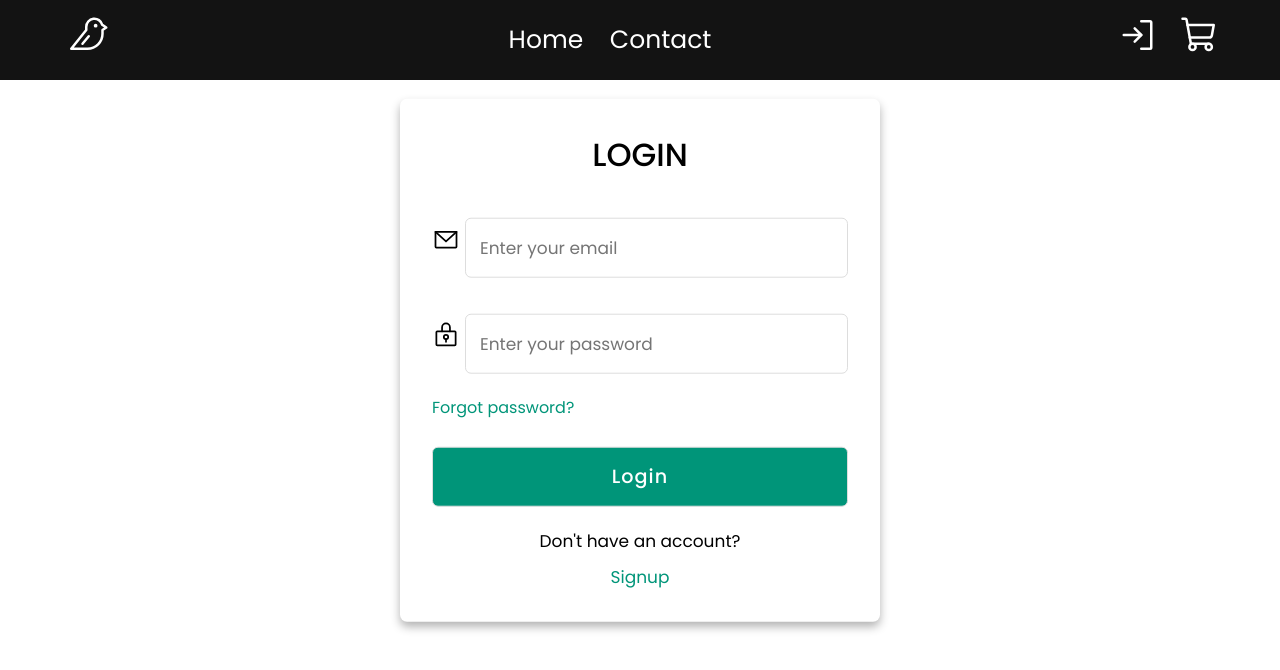
Repository: hoangdanh2/swp301
Page: /register
The author's editor kept a copy of each file at every save. The page is drawn from the files as they stood at one save, then again after the next save.
The browser window is 1280 px wide. The pictures show the whole page.
The project was rebuilt for these pictures with package versions that can differ from the ones it lists, and the page was loaded fresh each time. Also part of the build but not shown: src/pages/shop/product.jsx, src/pages/shop/shop.css, src/pages/shop/shop.jsx, src/pages/contact/contact.jsx, src/pages/cart/cart-item.jsx, src/pages/cart/cart.css, src/pages/cart/cart.jsx.

Above is the page before, as saved 2023-05-29 13:00:19.

After the next save:
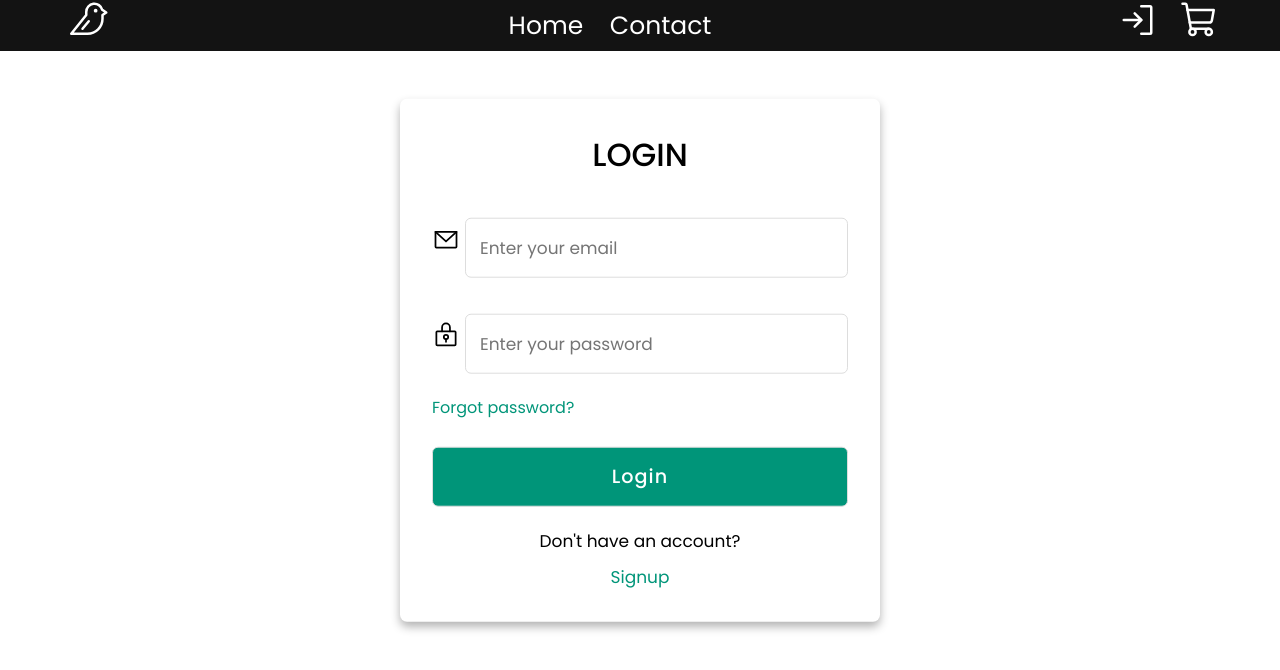
Saved 20 s later.
--- a/src/components/navbar.css
+++ b/src/components/navbar.css
@@ -1,6 +1,6 @@
 .navbar {
     width: 100%;
-    height: 80px;
+    height: 100%;
     background-color: rgb(19, 19, 19);
     display: flex;
     justify-content: center;

After the save that followed:
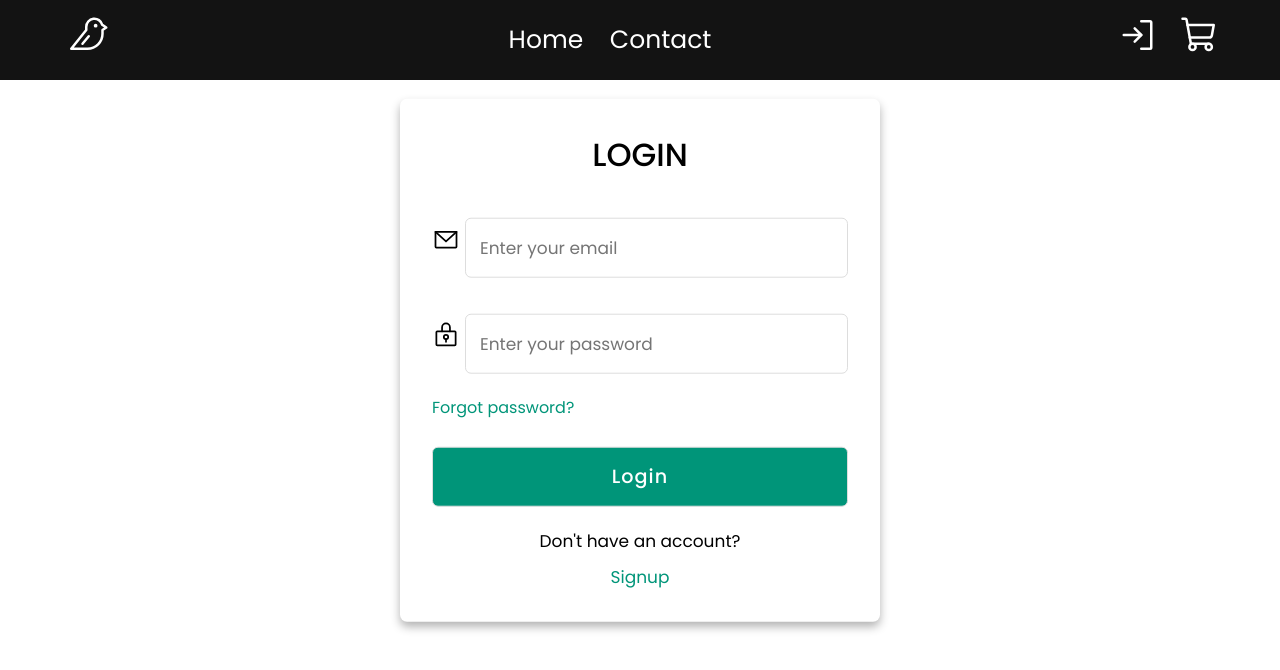
Saved 5 s later.
--- a/src/components/navbar.css
+++ b/src/components/navbar.css
@@ -1,6 +1,6 @@
 .navbar {
     width: 100%;
-    height: 100%;
+    height: 80px;
     background-color: rgb(19, 19, 19);
     display: flex;
     justify-content: center;
